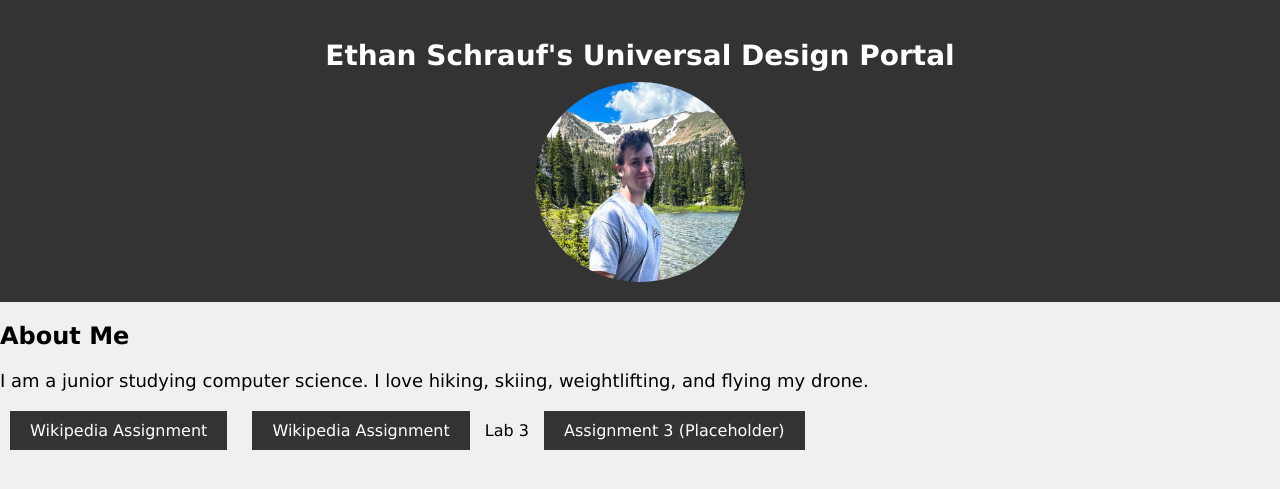
Repository: ethan-schrauf/UniversalDesignWebsite
Page: index.html
The author's editor kept a copy of each file at every save. The page is drawn from the files as they stood at one save, then again after the next save.
The browser window is 1280 px wide. The pictures show the whole page.

Above is the page before, as saved 2023-10-16 16:46:17.

### index.html
<!DOCTYPE html>
<html lang="en">
<head>
    <meta charset="UTF-8">
    <meta name="viewport" content="width=device-width, initial-scale=1.0">
    <title>Universal Design Portal</title>
    <link href="index.css" rel="stylesheet">
</head>
<body>
    <header>
        <h1>Ethan Schrauf's Universal Design Portal</h1>
        <img src="images/IMG_258630A4E789-1.jpeg" alt="Picture of Ethan Schrauf on a hike.">
    </header>

    <section>
        <h2>About Me</h2>
        <p>I am a junior studying computer science. I love hiking, skiing, weightlifting, and flying my drone.</p>
    </section>

    <!-- FIX -->
    <section>
            <button><a href="wikipedia.html" target="_blank"></a>Wikipedia Assignment </button>
            <button><a href="wikipedia.html" target="_blank"></a>Wikipedia Assignment </button>

            <button<a href="lab3.html" target="_blank"></a> Lab 3 </button>
        <button>Assignment 3 (Placeholder)</button>
    </section>
</body>
</html>

### index.css
.sr-only {
    border: 0;
    clip: rect(0, 0, 0, 0);
    height: 1px;
    margin: -1px;
    overflow: hidden;
    padding: 0;
    position: absolute;
    white-space: nowrap;
    width: 1px;

  }

body {
    font-family: Verdana, sans-serif;
    margin: 0;
    padding: 0;
    background-color: #f0f0f0;
}

header {
    text-align: center;
    background-color: #333;
    color: #fff;
    padding: 20px 0;
}

h1 {
    font-size: 28px;
    margin-bottom: 10px;
}

img {
    border-radius: 50%;
    width: 210px;
    height: 200px;
    display: block;
    margin: 0 auto;
}

h2 {
    font-size: 24px;
    margin-top: 20px;
}

p {
    font-size: 18px;
    margin: 10px 0;
}

button {
    font-family: Verdana, sans-serif;
    font-size: 16px;
    background-color: #333;
    color: #fff;
    border: none;
    padding: 10px 20px;
    margin: 10px;
    cursor: pointer;
}

After the next save:
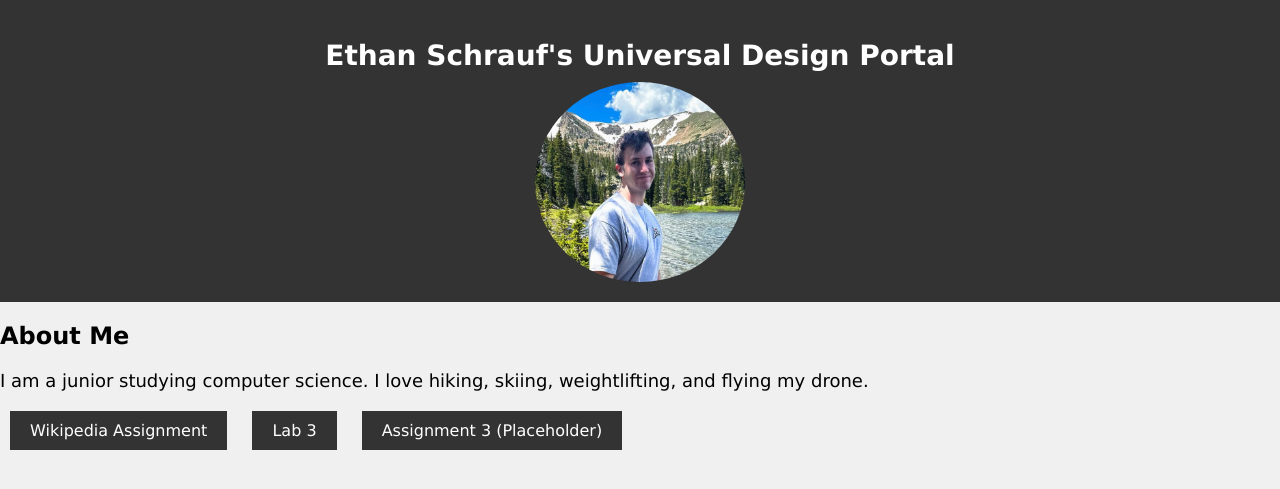
Saved 25 s later.
--- a/index.html
+++ b/index.html
@@ -20,10 +20,8 @@
     <!-- FIX -->
     <section>
             <button><a href="wikipedia.html" target="_blank"></a>Wikipedia Assignment </button>
-            <button><a href="wikipedia.html" target="_blank"></a>Wikipedia Assignment </button>
-
-            <button<a href="lab3.html" target="_blank"></a> Lab 3 </button>
-        <button>Assignment 3 (Placeholder)</button>
+            <button><a href="lab3.html" target="_blank"></a>Lab 3 </button>
+            <button>Assignment 3 (Placeholder)</button>
     </section>
 </body>
 </html>
